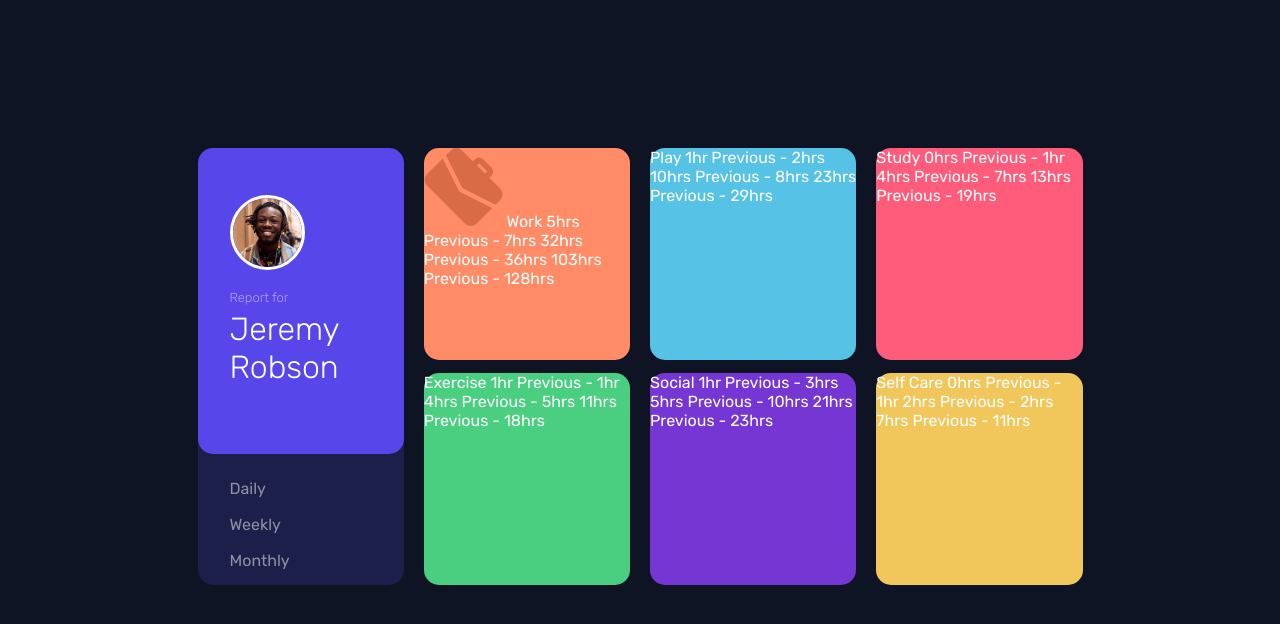
Repository: 3mr-5aled/time-tracking-dashboard-Junior
Page: index.html
These files come from the project's save history. The page is drawn as it stood at one moment and after the next save; the edit follows.
The browser window is 1280 px wide. The pictures show the whole page.

Above is the page before, as saved 2022-12-27 20:27:32.

### index.html
<!DOCTYPE html>
<html lang="en">
  <head>
    <meta charset="UTF-8" />
    <meta name="viewport" content="width=device-width, initial-scale=1.0" />
    <!-- displays site properly based on user's device -->

    <link
      rel="icon"
      type="image/png"
      sizes="32x32"
      href="./images/favicon-32x32.png"
    />
    <link rel="stylesheet" href="style.css" />

    <title>Frontend Mentor | Time tracking dashboard</title>

    <!-- Feel free to remove these styles or customise in your own stylesheet 👍 -->
    <style>
      .attribution {
        display: none;
        font-size: 11px;
        text-align: center;
      }
      .attribution a {
        color: hsl(228, 45%, 44%);
      }
    </style>
  </head>
  <body>
    <div class="main">
      <div class="user">
        <div class="userData">
          <img src="images/image-jeremy.png" alt="userFace" />
          <div class="userInfo">
            <p>Report for</p>
            <span>Jeremy Robson</span>
          </div>
        </div>
        <div class="filter">
          <button>Daily</button>
          <button>Weekly</button>
          <button>Monthly</button>
        </div>
      </div>
      <div class="work">
        <img src="images/icon-work.svg" alt="" />
        Work 5hrs
        <!-- daily -->
        Previous - 7hrs
        <!-- daily -->
        32hrs
        <!-- weekly -->
        Previous - 36hrs
        <!-- weekly -->
        103hrs
        <!-- monthly -->
        Previous - 128hrs
        <!-- monthly -->
      </div>
      <div class="play">
        Play 1hr
        <!-- daily -->
        Previous - 2hrs
        <!-- daily -->
        10hrs
        <!-- weekly -->
        Previous - 8hrs
        <!-- weekly -->
        23hrs
        <!-- monthly -->
        Previous - 29hrs
        <!-- monthly -->
      </div>
      <div class="study">
        Study 0hrs
        <!-- daily -->
        Previous - 1hr
        <!-- daily -->
        4hrs
        <!-- weekly -->
        Previous - 7hrs
        <!-- weekly -->
        13hrs
        <!-- monthly -->
        Previous - 19hrs
        <!-- monthly -->
      </div>

      <div class="exercise">
        Exercise 1hr
        <!-- daily -->
        Previous - 1hr
        <!-- daily -->
        4hrs
        <!-- weekly -->
        Previous - 5hrs
        <!-- weekly -->
        11hrs
        <!-- monthly -->
        Previous - 18hrs
        <!-- monthly -->
      </div>

      <div class="social">
        Social 1hr
        <!-- daily -->
        Previous - 3hrs
        <!-- daily -->
        5hrs
        <!-- weekly -->
        Previous - 10hrs
        <!-- weekly -->
        21hrs
        <!-- monthly -->
        Previous - 23hrs
        <!-- monthly -->
      </div>
      <div class="selfCare">
        Self Care 0hrs
        <!-- daily -->
        Previous - 1hr
        <!-- daily -->
        2hrs
        <!-- weekly -->
        Previous - 2hrs
        <!-- weekly -->
        7hrs
        <!-- monthly -->
        Previous - 11hrs
        <!-- monthly -->
      </div>
    </div>
    <div class="attribution">
      Challenge by
      <a href="https://www.frontendmentor.io?ref=challenge" target="_blank"
        >Frontend Mentor</a
      >. Coded by <a href="#">3mr 5aled</a>.
    </div>
  </body>
</html>

### style.css
@import url("https://fonts.googleapis.com/css2?family=Rubik:wght@200;300;400;500&display=swap");

* {
  box-sizing: border-box;
  padding: 0;
  margin: 0;
  font-family: "Rubik", sans-serif;
}

:root {
  /* Primary colors */
  --blue: hsl(246, 80%, 60%);
  --light-orange: hsl(15, 100%, 70%); /*(work)*/
  --soft-blue: hsl(195, 74%, 62%); /*(play)*/
  --light-red: hsl(348, 100%, 68%); /*(study)*/
  --lime-green: hsl(145, 58%, 55%); /*(exercise)*/
  --violet: hsl(264, 64%, 52%); /*(social)*/
  --soft-yellow: hsl(43, 84%, 65%); /*(self care)*/

  /* Neutral colors */
  --very-dark-blue: hsl(226, 43%, 10%);
  --dark-blue: hsl(235, 46%, 20%);
  --light-purple: #5746ea;
  --desaturated-blue: hsl(235, 45%, 61%);
  --pale-blue: hsl(236, 100%, 87%);

  /* card font size */
  --fs-card: 18px;

  /* media quires */
  --mobile-view: 375px;
  --desktop-view: 1440px;
}

body {
  padding: 10px;
  background-color: var(--very-dark-blue);
  color: white;
  display: flex;
  /* align-items: center; */
  justify-content: center;
}

.main {
  display: grid;
  grid-template-columns: 1fr;
  grid-template-rows: repeat(7, 1fr);
  /* grid-row-gap: 10px; */
  grid-column-gap: 20px;
  grid-template-areas:
    "user"
    "work"
    "play"
    "study"
    "exercise"
    "social"
    "selfCare";
}
.user,
.work,
.play,
.study,
.exercise,
.social,
.selfCare {
  border-radius: 15px;
  /* padding: 1rem; */
  margin-top: 0.8rem;
  /* margin-right: 0.8rem; */
  /* margin-left: 1rem; */
}
/* start user section */
.user {
  grid-area: user;
  background: var(--dark-blue);
}
.userData {
  display: flex;
  flex-direction: row;
  align-items: center;
  justify-content: center;
  background: var(--light-purple);
  border-radius: 15px;
  padding: 15px;
}
.user img {
  border: 3px solid white;
  border-radius: 50%;
  height: 60px;
  width: 60px;
}
.userInfo {
  margin: 20px 0;
  margin-left: 15px;
}
.userInfo p {
  font-weight: 300;
  color: rgba(255, 255, 255, 0.5);
  padding-bottom: 5px;
  font-size: small;
}
.userInfo span {
  font-weight: 200;
  font-size: x-large;
}

.filter {
  display: flex;
  flex-direction: row;
  align-items: center;
  justify-content: space-evenly;
  margin: 1rem 0;
}

.filter button {
  background: transparent;
  border: none;
  font-size: medium;
  color: rgba(255, 255, 255, 0.5);
}
.filter button:hover {
  color: white;
}
/* end user section */

.work {
  grid-area: work;
  background-color: var(--light-orange);
}
.play {
  grid-area: play;
  background-color: var(--soft-blue);
}
.study {
  grid-area: study;
  background-color: var(--light-red);
}
.exercise {
  grid-area: exercise;
  background-color: var(--lime-green);
}
.social {
  grid-area: social;
  background-color: var(--violet);
}
.selfCare {
  grid-area: selfCare;
  background-color: var(--soft-yellow);
}

@media screen and (min-width: 375px) {
  body {
    align-items: center;
    height: 100vh;
    padding: 50px;
  }
  .main {
    grid-template-columns: repeat(4, 1fr);
    grid-template-rows: repeat(2, 1fr);
    grid-template-areas:
      "user work play study"
      "user exercise social selfCare";
    height: calc(100vh / 1.6);
    width: 75%;
  }

  .user img {
    width: 75px;
    height: 75px;
  }
  .userData {
    flex-direction: column;
    align-items: flex-start;
    justify-content: center;
    height: 70%;
    padding-left: 2rem;
  }
  .userInfo {
    margin-left: 0px;
  }
  .userInfo span {
    word-wrap: break-word;
    /* white-space: warp; */
    font-size: 2em;
  }
  .filter {
    margin-left: 2rem;
    height: 25%;
    /* gap: 5px; */
    align-items: flex-start;
    justify-content: space-around;
    flex-direction: column;
  }
}

After the next save:
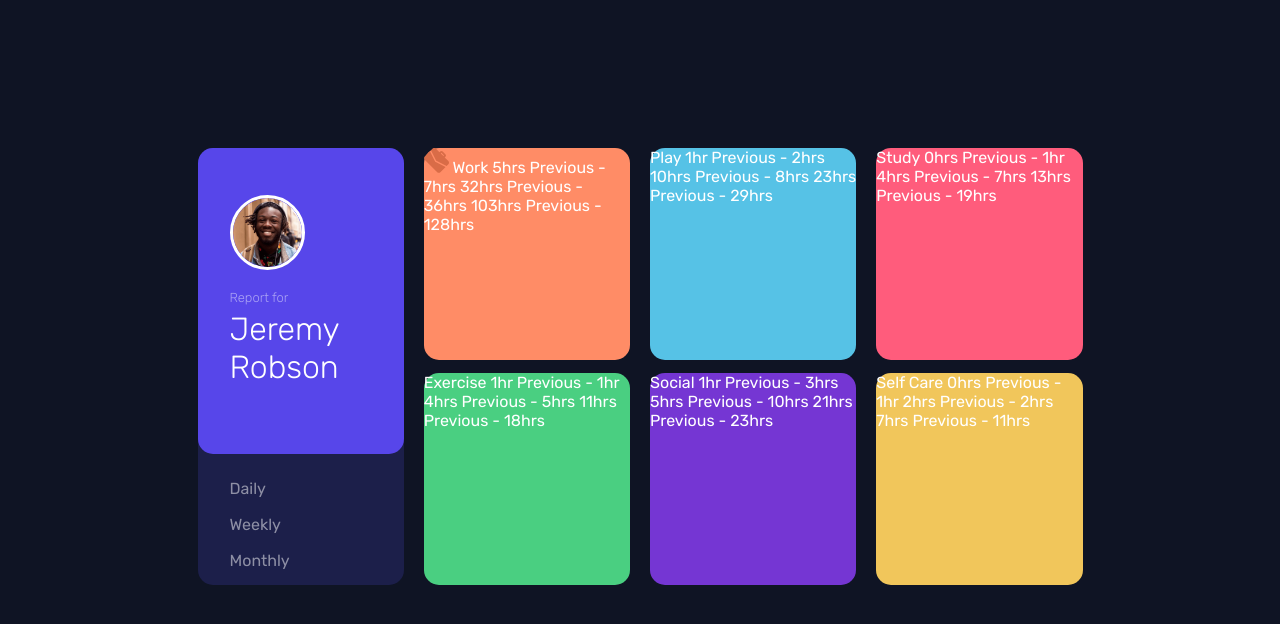
Saved 66 s later.
--- a/index.html
+++ b/index.html
@@ -44,7 +44,7 @@
         </div>
       </div>
       <div class="work">
-        <img src="images/icon-work.svg" alt="" />
+        <img class="catImage" src="images/icon-work.svg" alt="" />
         Work 5hrs
         <!-- daily -->
         Previous - 7hrs
--- a/style.css
+++ b/style.css
@@ -122,7 +122,10 @@ body {
   color: white;
 }
 /* end user section */
-
+.catImage {
+  width: 25px;
+  height: 25px;
+}
 .work {
   grid-area: work;
   background-color: var(--light-orange);
